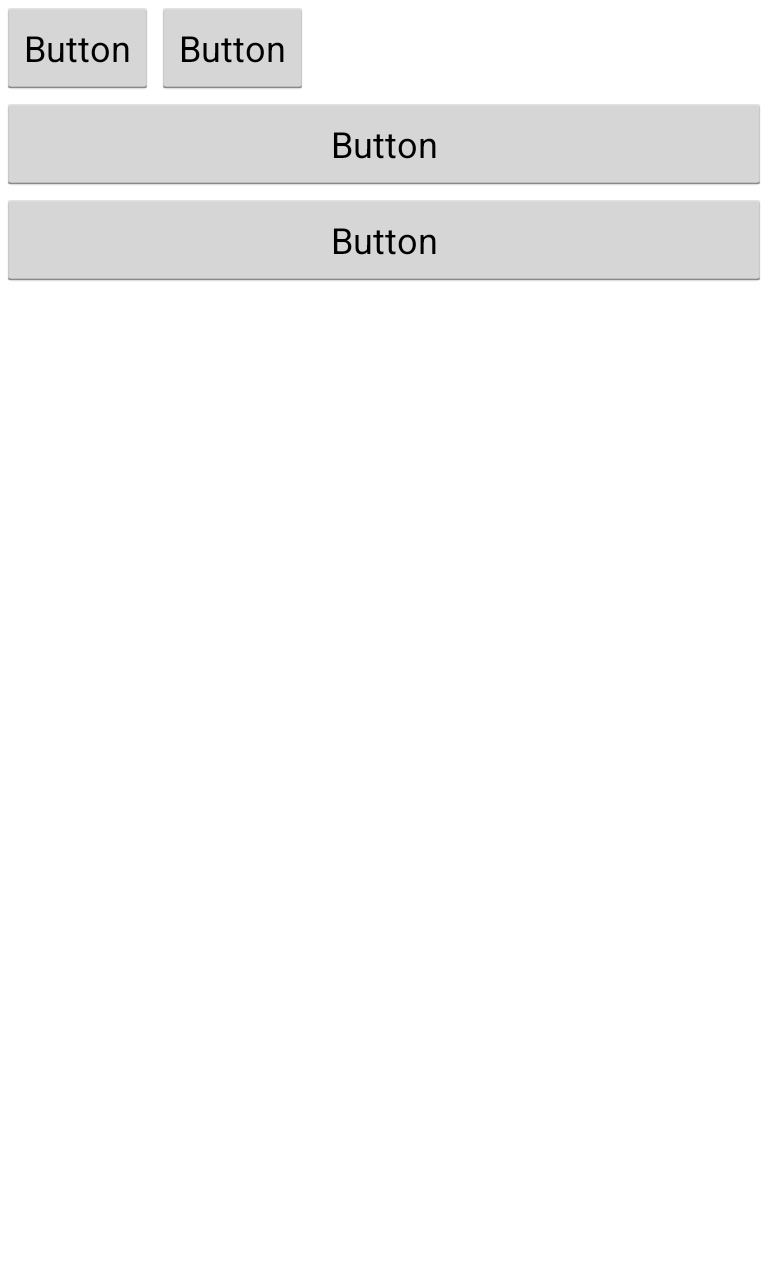
Repository: HGtz2222/LearningAndroid
Layout: test1/Calc/res/layout/calcActivity.xml
The author's editor kept a copy of each file at every save. The layout is drawn from the files as they stood at one save, then again after the next save.
It is drawn on a 768 x 1280 px phone screen (xhdpi) without system bars, with theme AppTheme; the app's code is not run.

Above is the layout before, as saved 2014-09-15 07:30:39.

After the next save:
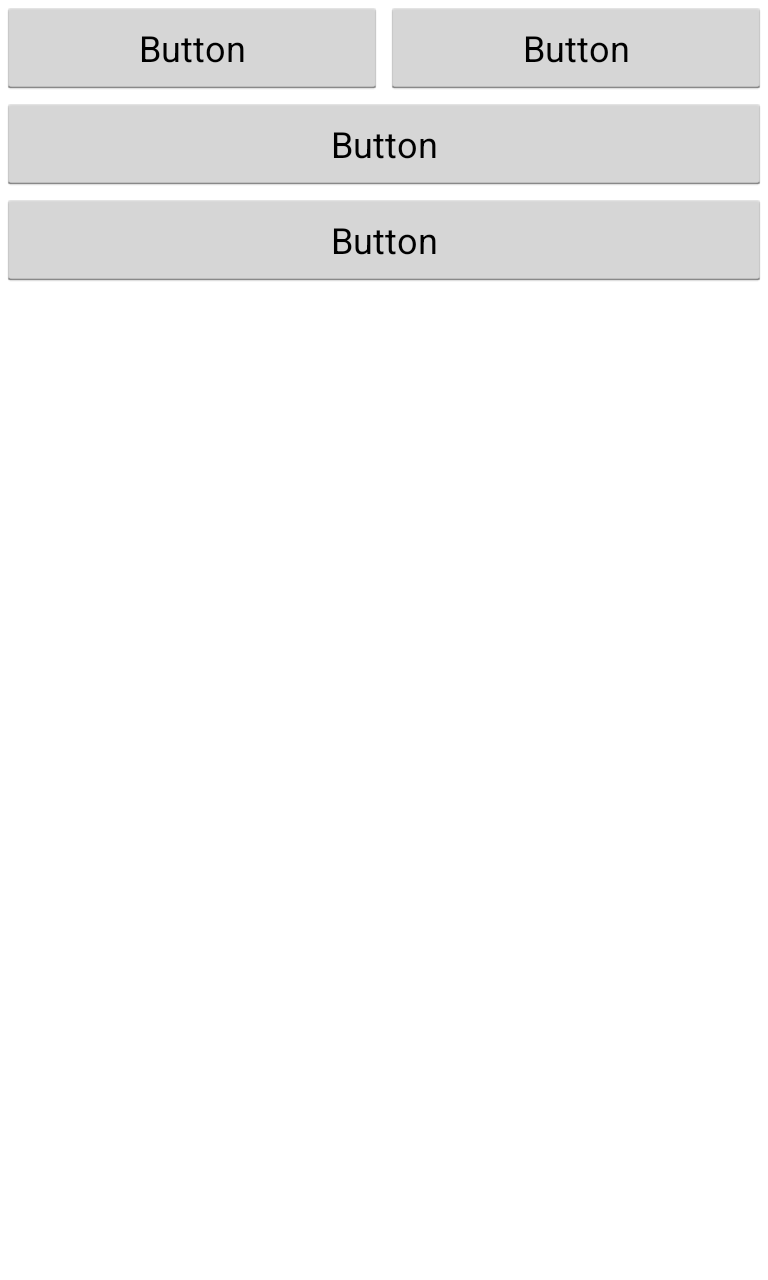
Saved 56 s later.
--- a/test1/Calc/res/layout/calcActivity.xml
+++ b/test1/Calc/res/layout/calcActivity.xml
@@ -12,13 +12,16 @@
             android:id="@+id/button1"
             android:layout_width="wrap_content"
             android:layout_height="wrap_content"
+            android:layout_weight="1"
             android:text="Button" />
 
         <Button
             android:id="@+id/button2"
             android:layout_width="wrap_content"
             android:layout_height="wrap_content"
+            android:layout_weight="1"
             android:text="Button" />
+
     </TableRow>
 
     <Button
